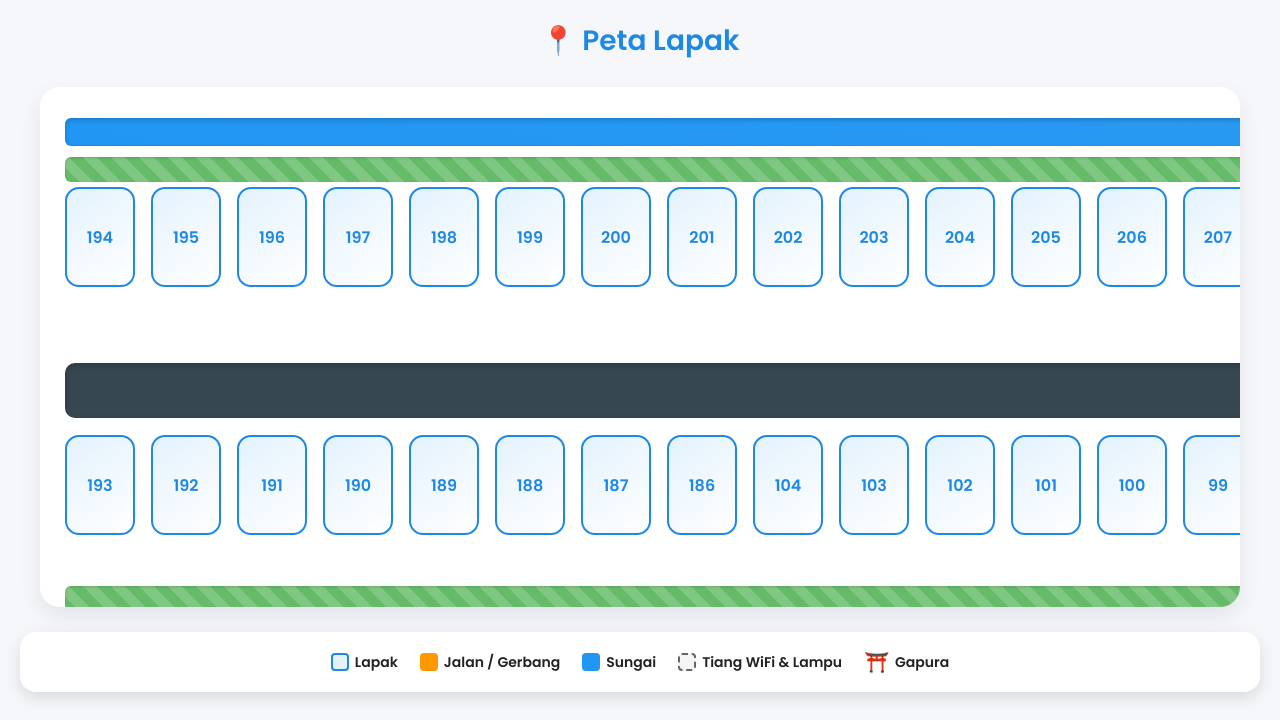
Repository: pasarrakyatbak/denah
Page: index.html
These files come from the project's save history. The page is drawn as it stood at one moment and after a run of saves; the edit follows.
The browser window is 1280 px wide. The pictures show the whole page.
An inner scrolling area shows only its first screen.

Above is the page before, as saved 2025-09-19 19:13:05.

### index.html
<!DOCTYPE html>
<html lang="id">

<head>
    <meta charset="utf-8" />
    <meta name="viewport" content="width=device-width, initial-scale=1" />
    <title>Peta Lapak Modern</title>
    <link href="https://fonts.googleapis.com/css2?family=Poppins:wght@400;600&display=swap" rel="stylesheet">
    <link rel="stylesheet" href="style.css" />
</head>

<body>
    <h1>📍 Peta Lapak</h1>

    <!-- Tooltip -->
    <div class="tooltip" id="tooltip"></div>

    <!-- Grid Container -->
    <div class="scroll-container">
        <div class="h-inner">

            <!-- Rumput kiri -->
            <div class="sungai-side">🌊 Sungai</div>
            <div class="rumput"></div>
            <!-- Lapak kanan (sekarang di atas jalan utama) -->
            <div class="row bottom" id="right-side"></div>
            <!-- Jalan utama -->
            <div class="road-wrapper">
                <div class="road">JALAN UTAMA</div>
            </div>

            <!-- Lapak kiri (sekarang di bawah jalan utama) -->
            <div class="row top" id="left-side"></div>

            <!-- Rumput kanan -->
            <div class="rumput"></div>
            <div class="sungai-side">🌊 Sungai</div>
        </div>
    </div>


    <!-- Legend -->
    <div class="legend">
        <div>
            <div class="legend-color lapak-color"></div> Lapak
        </div>
        <div>
            <div class="legend-color jalan-color"></div> Jalan / Gerbang
        </div>
        <div>
            <div class="legend-color sungai-color"></div> Sungai
        </div>
        <div>
            <div class="legend-color tiang-color"></div> Tiang WiFi & Lampu
        </div>
        <div>
            <div class="legend-icon">⛩️</div> Gapura
        </div>
    </div>
    </div>

    <script src="script.js"></script>
</body>

</html>

### style.css
/* Reset & Base */
* {
    margin: 0;
    padding: 0;
    box-sizing: border-box;
}

body {
    font-family: 'Poppins', sans-serif;
    background: #f5f7fa;
    color: #222;
    padding: 20px;
    text-align: center;
}

h1 {
    font-size: 28px;
    margin-bottom: 25px;
    color: #1e88e5;
    font-weight: 700;
}

/* Scroll container */
.scroll-container {
    width: 100%;
    max-width: 1200px;
    height: 520px;
    overflow: auto;
    background: #fff;
    border-radius: 20px;
    padding: 25px;
    box-shadow: 0 10px 25px rgba(0, 0, 0, 0.08);
    margin: auto;
}

.h-inner {
    display: flex;
    flex-direction: column;
    gap: 5px;
    min-width: max-content;
}

.row {
    display: flex;
    gap: 16px;
    align-items: flex-start;
    flex-wrap: wrap;
    min-width: max-content;
}

/* Lapak modern */
.lapak {
    width: 70px;
    height: 100px;
    border-radius: 14px;
    background: linear-gradient(145deg, #e3f2fd, #ffffff);
    border: 2px solid #1e88e5;
    color: #1e88e5;
    font-weight: 600;
    display: flex;
    align-items: center;
    justify-content: center;
    cursor: pointer;
    font-size: 16px;
    transition: all 0.3s ease;
}

.lapak:hover {
    background: #1e88e5;
    color: #fff;
    transform: translateY(-6px) scale(1.08);
    box-shadow: 0 10px 18px rgba(30, 136, 229, 0.35);
}

/* Jalan utama */
.road {
    height: 85px;
    background: #37474f;
    color: #fff;
    display: flex;
    align-items: center;
    justify-content: center;
    border-radius: 14px;
    font-weight: 700;
    font-size: 16px;
    margin: 12px 0;
    letter-spacing: 1px;
    box-shadow: inset 0 2px 6px rgba(0, 0, 0, 0.2);
}

/* Jalan / Gerbang */
.jalan-gerbang {
    width: 150px;
    height: 50px;
    background: #ff9800;
    color: #fff;
    display: flex;
    align-items: center;
    justify-content: center;
    border-radius: 12px;
    font-weight: 700;
    transition: all 0.3s;
    box-shadow: 0 4px 12px rgba(255, 152, 0, 0.3);
}

.jalan-gerbang:hover {
    background: #fb8c00;
    transform: translateY(-4px);
}

/* Gapura lintas jalan */
.gapura-container {
    width: 70px;
    height: 100px;
    display: flex;
    flex-direction: column;
    align-items: center;
    justify-content: center;
    gap: 4px;
}

.gapura-icon {
    font-size: 26px;
}

.gapura-arrow {
    font-size: 18px;
}

/* Sungai */
.sungai-bawah {
    background: linear-gradient(180deg, #2196f3 0%, #64b5f6 100%);
    border-radius: 12px;
    color: #fff;
    font-weight: 600;
    display: flex;
    align-items: center;
    justify-content: center;
    font-size: 0.85em;
    width: 120%;
    height: 40px;
    box-shadow: 0 3px 8px rgba(33, 150, 243, 0.4);
}

.sungai-atas {
    background: linear-gradient(90deg, #00bfff, #4fc3f7);
    color: #fff;
    font-size: 12px;
    font-weight: bold;
    padding: 4px 10px;
    border-radius: 8px;
    margin-bottom: 5px;
}

/* Tiang WiFi + Lampu */
.tiang-container {
    position: relative;
    top: -50px;
    left: 52%;
    transform: translateX(-50%);
    z-index: 5;
    min-width: 120px;
    padding: 8px 12px;
    background: #fafafa;
    border: 2px dashed #666;
    border-radius: 16px;
    display: flex;
    align-items: center;
    justify-content: center;
    gap: 12px;
    font-size: 22px;
    font-weight: bold;
    color: #444;
    box-shadow: inset 0 2px 6px rgba(0, 0, 0, 0.05);
}

.tiang-label {
    font-size: 11px;
    font-weight: 600;
    color: #222;
}


/* Tooltip */
.tooltip {
    position: absolute;
    background: rgba(30, 136, 229, 0.95);
    color: #fff;
    padding: 7px 12px;
    border-radius: 8px;
    font-size: 13px;
    pointer-events: none;
    opacity: 0;
    transition: opacity 0.2s, transform 0.2s;
    z-index: 10;
    transform: translateY(-4px);
}

/* Legend */
.legend {
    margin-top: 25px;
    background: #fff;
    padding: 14px 20px;
    border-radius: 16px;
    box-shadow: 0 6px 16px rgba(0, 0, 0, 0.12);
    font-size: 14px;
    font-weight: 600;
    line-height: 1.6;
    display: flex;
    gap: 22px;
    justify-content: center;
    flex-wrap: wrap;
}

.legend div {
    display: flex;
    align-items: center;
    gap: 6px;
}

.legend-color {
    width: 18px;
    height: 18px;
    border-radius: 4px;
}

.legend-icon {
    font-size: 20px;
}

/* Legend colors */
.lapak-color {
    background: #e3f2fd;
    border: 2px solid #1e88e5;
}

.jalan-color {
    background: #ff9800;
}

.sungai-color {
    background: #2196f3;
}

.tiang-color {
    background: #f5f5f5;
    border: 2px dashed #666;
}

/* Wrapper */
.lapak-wrapper {
    display: flex;
    flex-direction: column;
    align-items: center;
    gap: 6px;
}

.lapak-wrapper .lapak {
    order: 2;
}

.lapak-wrapper .jalan-gerbang,
.lapak-wrapper .gapura-container,
.lapak-wrapper .sungai-atas,
.lapak-wrapper .sungai-bawah,
.lapak-wrapper .tiang-container {
    order: 1;
}

/* Bungkus jalan + rumput */
.road-wrapper {
    display: flex;
    flex-direction: column;
    gap: 6px;
    width: 100%;
}

/* Jalan utama penuh kiri kanan */
.road {
    height: 55px;
    width: 100%;
    background: #37474f;
    color: #fff;
    display: flex;
    align-items: center;
    justify-content: center;
    border-radius: 10px;
    font-weight: 700;
    font-size: 16px;
    letter-spacing: 1px;
    box-shadow: inset 0 2px 6px rgba(0, 0, 0, 0.2);
}

.rumput-wrapper {
    position: relative;
}

.rumput {
    height: 25px;
    width: 100%;
    background: repeating-linear-gradient(45deg,
            #66bb6a,
            #66bb6a 10px,
            #81c784 10px,
            #81c784 20px);
    border-radius: 6px;
    box-shadow: inset 0 1px 3px rgba(0, 0, 0, 0.15);
}

/* Sungai samping */
.sungai-side {
    width: 100%;
    height: 28px;
    background: linear-gradient(90deg, #2196f3, #64b5f6);
    border-radius: 6px;
    color: #fff;
    font-weight: 600;
    font-size: 13px;
    display: flex;
    align-items: center;
    justify-content: center;
    gap: 6px;
    box-shadow: inset 0 2px 5px rgba(0, 0, 0, 0.2);
    margin: 6px 0;
}

/* Responsive */
@media(max-width:900px) {
    .scroll-container {
        height: 450px;
    }

    .lapak {
        width: 60px;
        height: 90px;
        font-size: 14px;
    }

    .jalan-gerbang {
        width: 120px;
        height: 45px;
        font-size: 13px;
    }
}

@media(max-width:600px) {
    body {
        padding: 12px;
    }

    h1 {
        font-size: 22px;
    }

    .scroll-container {
        height: 400px;
        padding: 12px;
    }

    .lapak {
        width: 50px;
        height: 80px;
        font-size: 13px;
    }

    .jalan-gerbang {
        width: 100px;
        height: 40px;
        font-size: 12px;
    }

    .sungai-bawah {
        width: 100%;
        height: 35px;
        font-size: 0.75em;
    }
}

### script.js
// DATA NOMOR
const leftNumbers = [1, 2, 3, 4, 5, 6, 7, 8, 9, 10, 11, 15, 16, 17, 18, 19, 20, 21, 22, 23, 24, 25, 26, 27, 28, 29, 30, 31, 32, 33, 34, 35, 36, 37, 38, 39, 40, 41, 42, 43, 44, 45, 46, 47, 48, 49, 50, 51, 52, 53, 54, 55, 56, 57, 58, 59, 60, 61, 62, 63, 64, 65, 66, 67, 68, 69, 70, 71, 72, 73, 74, 75, 76, 77, 78, 79, 80, 81, 82, 83, 84, 85, 86, 87, 88, 89, 90, 91, 92, 93, 94, 95, 96, 97, 98, 99, 100, 101, 102, 103, 104, 186, 187, 188, 189, 190, 191, 192, 193];
const rightNumbers = [194, 195, 196, 197, 198, 199, 200, 201, 202, 203, 204, 205, 206, 207, 208, 209, 210, 211, 212, 213, 105, 106, 107, 108, 109, 110, 111, 112, 113, 114, 115, 116, 117, 118, 119, 120, 121, 122, 123, 124, 125, 126, 127, 128, 129, 130, 131, 132, 133, 134, 135, 136, 137, 138, 214, 215, 216, 139, 140, 141, 142, 143, 144, 145, 146, 147, 148, 149, 150, 151, 152, 153, 154, 155, 156, 157, 158, 159, 160, 161, 162, 163, 164, 165, 166, 167, 168, 169, 170, 171, 172, 173, 174, 175, 176, 177, 178, 179, 180, 181, 182, 183, 184, 185];

const rightSide = document.getElementById('right-side');
const leftSide = document.getElementById('left-side');

// Buat lapak
function makeLapak(num) {
    const d = document.createElement('div');
    d.className = 'lapak';
    d.textContent = num;
    return d;
}

rightNumbers.forEach(n => rightSide.appendChild(makeLapak(n)));
leftNumbers.slice().reverse().forEach(n => leftSide.appendChild(makeLapak(n)));

// Gerbang
function insertGerbangBetween(parent, a, b, label = 'Gerbang') {
    const children = Array.from(parent.children);
    const idxA = children.findIndex(c => c.textContent == String(a));
    const idxB = children.findIndex(c => c.textContent == String(b));
    if (idxA === -1 || idxB === -1) return;
    const insertAfterIndex = Math.min(idxA, idxB);
    const refNode = parent.children[insertAfterIndex + 1] || null;
    const g = document.createElement('div');
    g.className = 'jalan-gerbang';
    g.textContent = label;
    parent.insertBefore(g, refNode);
}
insertGerbangBetween(leftSide, 2, 3);
insertGerbangBetween(leftSide, 11, 15);

// Gapura lintas jalan
function insertGapura(leftParent, rightParent, a, b) {
    const idxL = Array.from(leftParent.children).findIndex(c => c.textContent == a);
    const idxR = Array.from(rightParent.children).findIndex(c => c.textContent == b);
    if (idxL === -1 || idxR === -1) return;

    const gapuraBottom = document.createElement('div');
    gapuraBottom.className = 'gapura-container';
    gapuraBottom.innerHTML = `<div class="gapura-icon">⛩️</div><div class="gapura-arrow">⬆️</div>`;
    leftParent.insertBefore(gapuraBottom, leftParent.children[idxL + 1]);

    const gapuraTop = document.createElement('div');
    gapuraTop.className = 'gapura-container';
    gapuraTop.innerHTML = `<div class="gapura-arrow">⬇️</div><div class="gapura-icon">⛩️</div>`;
    rightParent.insertBefore(gapuraTop, rightParent.children[idxR]);
}
insertGapura(leftSide, rightSide, 57, 146);

// Sungai
function placeSungaiBelow(parent, num) {
    const target = Array.from(parent.children).find(c => c.textContent == num);
    if (!target) return;
    const wrapper = document.createElement('div');
    wrapper.className = 'lapak-wrapper';
    wrapper.setAttribute('data-lapak', num);
    parent.insertBefore(wrapper, target);
    wrapper.appendChild(target);

    const sungai = document.createElement('div');
    sungai.className = 'sungai-bawah';
    sungai.textContent = 'Sungai';
    wrapper.appendChild(sungai);
}
function placeSungaiAbove(parent, num) {
    const target = Array.from(parent.children).find(c => c.textContent == num);
    if (!target) return;
    const wrapper = document.createElement('div');
    wrapper.className = 'lapak-wrapper';
    wrapper.setAttribute('data-lapak', num);
    parent.insertBefore(wrapper, target);
    wrapper.appendChild(target);

    const sungai = document.createElement('div');
    sungai.className = 'sungai-atas';
    sungai.textContent = 'Sungai';
    wrapper.insertBefore(sungai, target);
}
placeSungaiBelow(leftSide, 62);
placeSungaiAbove(rightSide, 141);

// Tiang WiFi + Lampu
function insertTiangAbove(parent, num) {
    const target = Array.from(parent.children).find(c => c.textContent == num);
    if (!target) return;

    // Bungkus dulu
    const wrapper = document.createElement('div');
    wrapper.className = 'lapak-wrapper';
    parent.insertBefore(wrapper, target);
    wrapper.appendChild(target);

    // Tambah tiang di atas lapak
    const tiang = document.createElement('div');
    tiang.className = 'tiang-container';
    tiang.innerHTML = `📡<div class="tiang-label">WiFi</div>💡<div class="tiang-label">Lampu</div>`;
    wrapper.insertBefore(tiang, target);
}


// Jalan
function insertJalan(parent, a, b, label = 'Jalan') {
    const idxA = Array.from(parent.children).findIndex(c => c.textContent == a);
    const idxB = Array.from(parent.children).findIndex(c => c.textContent == b);
    if (idxA === -1 || idxB === -1) return;
    const insertAfter = Math.min(idxA, idxB);
    const refNode = parent.children[insertAfter + 1] || null;
    const jalan = document.createElement('div');
    jalan.className = 'jalan-gerbang';
    jalan.textContent = label;
    parent.insertBefore(jalan, refNode);
}

// Contoh insert
insertJalan(rightSide, 156, 157);
insertJalan(rightSide, 216, 139);
insertJalan(rightSide, 163, 164);
insertJalan(rightSide, 180, 181);
insertTiangAbove(rightSide, 20, 201);
insertTiangAbove(rightSide, 108, 109);
insertTiangAbove(rightSide, 124, 125);
insertTiangAbove(rightSide, 137, 138);

const tooltip = document.getElementById('tooltip');

function showTooltip(e, text) {
    tooltip.textContent = text;
    tooltip.style.left = e.pageX + 10 + 'px';
    tooltip.style.top = e.pageY + 10 + 'px';
    tooltip.style.opacity = 1;
}

function hideTooltip() {
    tooltip.style.opacity = 0;
}

// Tambahkan tooltip untuk setiap elemen
document.querySelectorAll('.lapak').forEach(el => {
    el.addEventListener('mouseenter', e => showTooltip(e, 'Lapak #' + el.textContent));
    el.addEventListener('mousemove', e => showTooltip(e, 'Lapak #' + el.textContent));
    el.addEventListener('mouseleave', hideTooltip);
});

document.querySelectorAll('.jalan-gerbang').forEach(el => {
    el.addEventListener('mouseenter', e => showTooltip(e, 'Jalan / Gerbang: ' + el.textContent));
    el.addEventListener('mousemove', e => showTooltip(e, 'Jalan / Gerbang: ' + el.textContent));
    el.addEventListener('mouseleave', hideTooltip);
});

document.querySelectorAll('.sungai-bawah, .sungai-atas').forEach(el => {
    el.addEventListener('mouseenter', e => showTooltip(e, 'Sungai'));
    el.addEventListener('mousemove', e => showTooltip(e, 'Sungai'));
    el.addEventListener('mouseleave', hideTooltip);
});

document.querySelectorAll('.tiang-container').forEach(el => {
    el.addEventListener('mouseenter', e => showTooltip(e, 'Tiang WiFi & Lampu'));
    el.addEventListener('mousemove', e => showTooltip(e, 'Tiang WiFi & Lampu'));
    el.addEventListener('mouseleave', hideTooltip);
});

document.querySelectorAll('.gapura-container').forEach(el => {
    el.addEventListener('mouseenter', e => showTooltip(e, 'Gapura Lintas Jalan'));
    el.addEventListener('mousemove', e => showTooltip(e, 'Gapura Lintas Jalan'));
    el.addEventListener('mouseleave', hideTooltip);
});

After the next 2 saves:
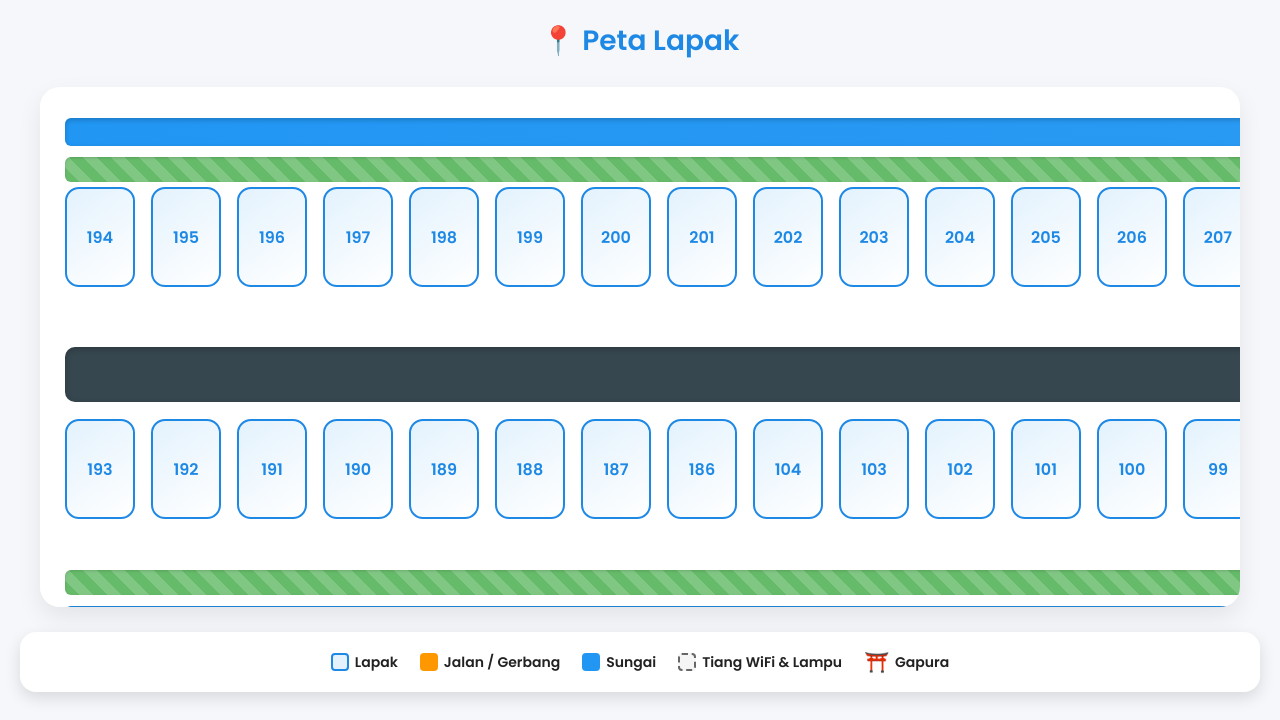
The 2 saves are shown as one change because they came seconds apart.
The last was saved 16 s later.
--- a/style.css
+++ b/style.css
@@ -160,8 +160,6 @@
     transform: translateX(-50%);
     z-index: 5;
     min-width: 120px;
-    padding: 8px 12px;
-    background: #fafafa;
     border: 2px dashed #666;
     border-radius: 16px;
     display: flex;

After the save that followed:
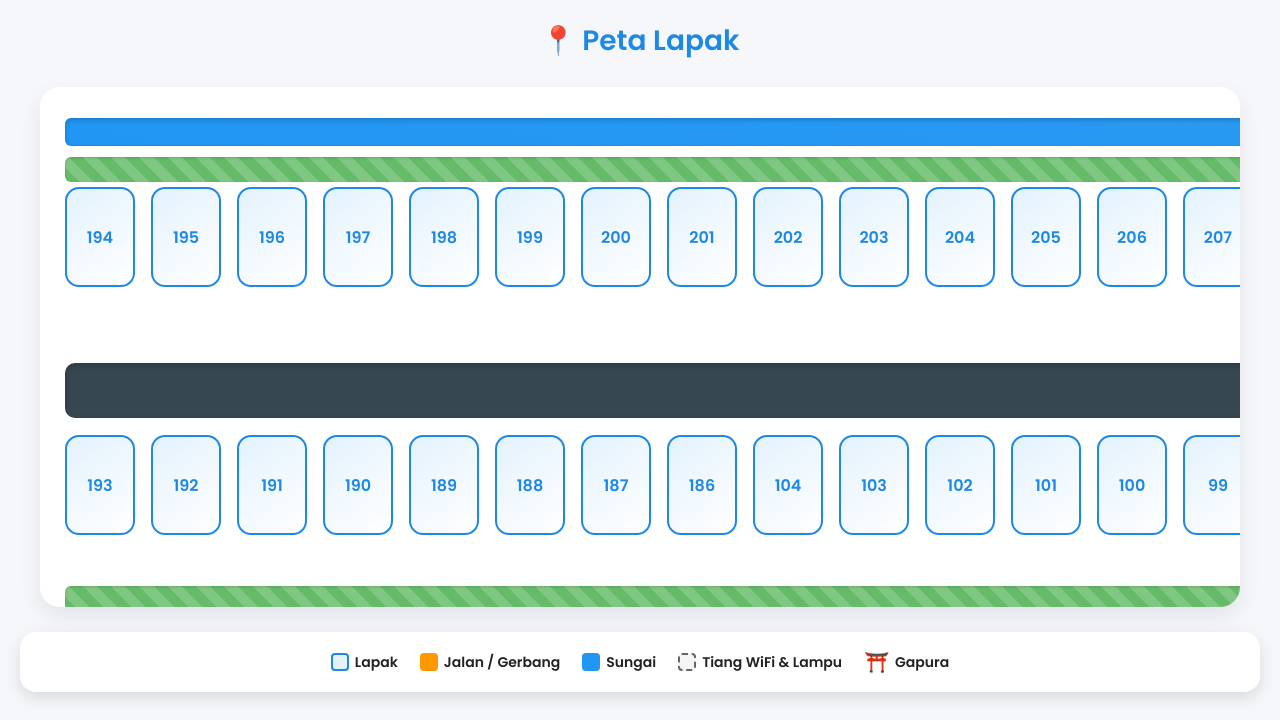
Saved 22 s later.
--- a/style.css
+++ b/style.css
@@ -160,6 +160,8 @@
     transform: translateX(-50%);
     z-index: 5;
     min-width: 120px;
+    padding: 8px 12px;
+    background: #fafafa;
     border: 2px dashed #666;
     border-radius: 16px;
     display: flex;
